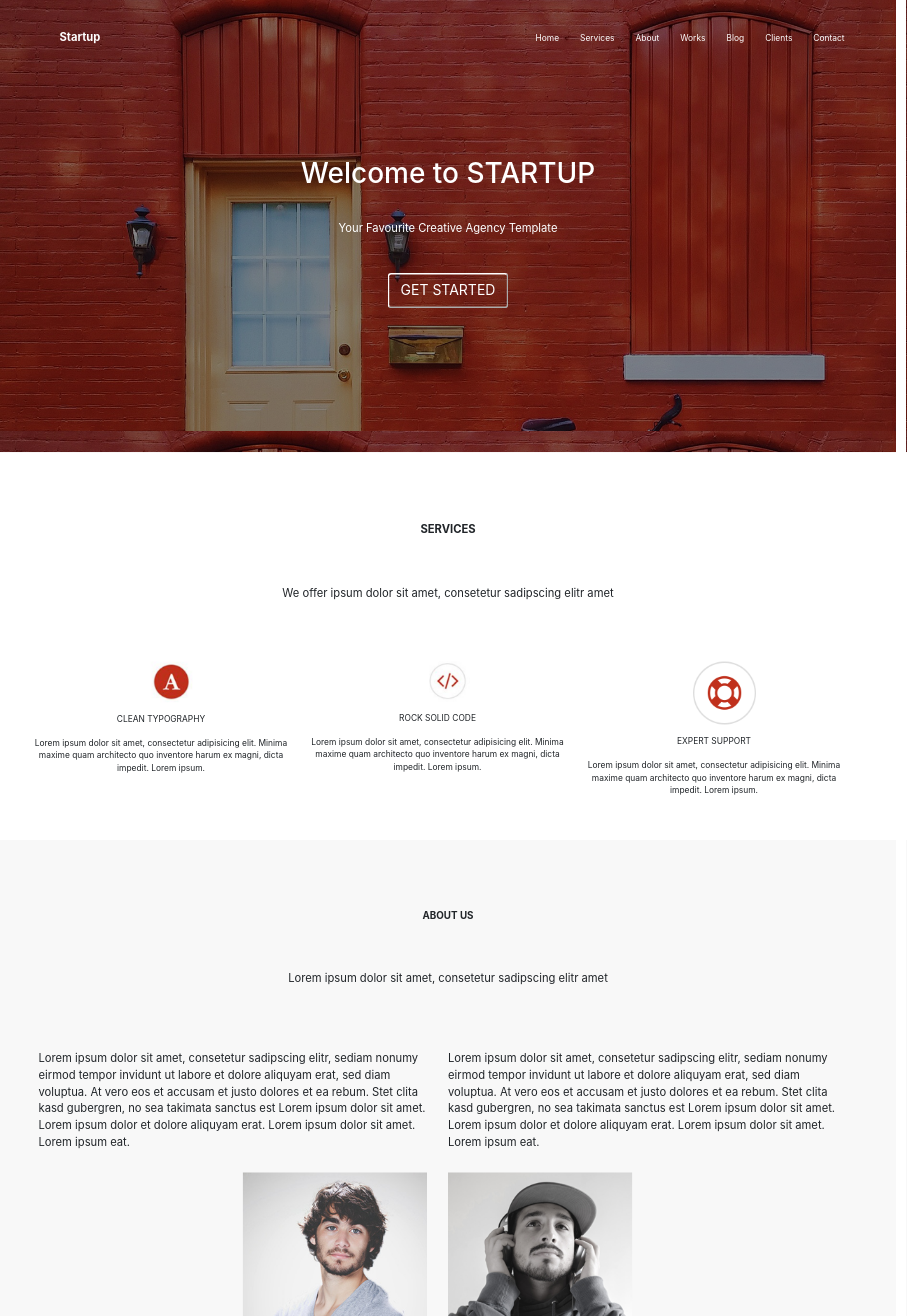
Repository: ivankovaa/HelloWorld
Page: lab5/index.html
The author's editor kept a record of every edit. The page is drawn from the files as they stood at one moment, then again after the next edit.
The browser window is 1280 px wide. The page is 1295 px wide, so the pictures cover 1295 px, including what lies to the right of the window. The pictures show the part of the page from y = 0 to 1880 px (the page is 3835 px tall), at 70% of full size.

Above is the page before.

### lab5/index.html
<!DOCTYPE html>
<html lang="uk">

<head>

  <meta charset="utf-8">

  <title>Start up</title>

  <link href="bootstrap.min.css" rel="stylesheet">
  <link href="https://fonts.googleapis.com/css?family=Montserrat:400,700&display=swap" rel="stylesheet">

  <link href="style.css" rel="stylesheet">

</head>
<body>
  <header class = "head">
    <div class = "container">
    <div class = "row">
        <div class = "col-lg-2">
            <p class = "startup">Startup</p>
        </div>
        <div class = "col-lg-6">
            <nav>
                <ul class = "menu d-flex justify-content-right">
                    <li class = "menu_item">
                        <a href = "">Home</a>
                    </li>
                    <li class = "menu_item">
                        <a href = "">Services</a>
                    </li>
                    <li class = "menu_item">
                        <a href = "">About</a>
                    </li>
                    <li class = "menu_item">
                        <a href = "">Works</a>
                    </li>
                    <li class = "menu_item">
                        <a href = "">Blog</a>
                    </li>
                    <li class = "menu_item">
                        <a href = "">Clients</a>
                    </li>
                    <li class = "menu_item">
                        <a href = "">Contact</a>
                    </li>
                </ul>

            </nav>
        </div>
    </div>
    <div class = "row">
        <div class = "col-lg-12">
            <h1 class = "welcome d-flex justify-content-center">Welcome to STARTUP</h1>
        </div>
    </div>
    <div class = "row">
        <div class = "col-lg-12">
            <p class = "favourite">Your Favourite Creative Agency Template</p>
        </div>
    </div>
    <div class = "row">
        <div class = "col-lg-12">
            <button type = "submit" id="tr-property" class = "start btn-default btn-lg d-block">GET STARTED</button>
        </div>
    </div>
    </div>
  </header>
  <section class = "services">
      <div class = "row">
        <div class = "col-lg-12">
            <h2 class = "service">SERVICES</h2>
        </div>
    </div>
    <div class = "row">
        <div class = "col-lg-12">
            <p class = "servicestext">We offer ipsum dolor sit amet, consetetur sadipscing elitr amet</p>
        </div>
    </div>
    <div class = "row">
        <div class = "col-lg-12">
            <ul class = "serv d-flex justify-content-center">
                    <li class = "services_item">
                        <img class="services_img" src="FAicon1.png" alt="icon"/>
                        <p class="name">CLEAN TYPOGRAPHY</p>
                        <p class ="aftername">Lorem ipsum dolor sit amet, consectetur adipisicing elit. Minima maxime quam architecto quo inventore harum ex magni, dicta impedit. Lorem ipsum.</p>
                    </li>
                    <li class = "services_item">
                        <img  class="services_img" src="FAicon2.png" alt="icon"/>
                        <p class="name">ROCK SOLID CODE</p>
                        <p class ="aftername">Lorem ipsum dolor sit amet, consectetur adipisicing elit. Minima maxime quam architecto quo inventore harum ex magni, dicta impedit. Lorem ipsum.</p>
                    </li>
                    <li class = "services_item">
                        <img class="services_img" src="img/FAicon3.png" alt="icon"/>
                        <p class="name">EXPERT SUPPORT</p>
                        <p class ="aftername">Lorem ipsum dolor sit amet, consectetur adipisicing elit. Minima maxime quam architecto quo inventore harum ex magni, dicta impedit. Lorem ipsum.</p>
                    </li>
                    </ul>
        </div>
    </div>
  </section>
  <section class = "about_us">
      <div class = "row">
        <div class = "col-lg-12">
            <h3 class = "aboutus">ABOUT US</h3>
        </div>
    </div>
    <div class = "row">
        <div class = "col-lg-12">
            <p class = "aboutus_text">Lorem ipsum dolor sit amet, consetetur sadipscing elitr amet</p>
        </div>
    </div>
    <div class = "row">
        <div class = "col-lg-12">
            <ul class = "about d-flex justify-content-center">
                    <li class = "aboutus_item">
                        <p>Lorem ipsum dolor sit amet, consetetur sadipscing elitr, sediam nonumy eirmod tempor invidunt ut labore et dolore aliquyam erat, sed diam voluptua. At vero eos et accusam et justo dolores et ea rebum. Stet clita kasd gubergren, no sea takimata sanctus est Lorem ipsum dolor sit amet. Lorem ipsum dolor et dolore aliquyam erat. Lorem ipsum dolor sit amet. Lorem ipsum eat.</p>
                    </li>
                    <li class = "aboutus_item">
                        <p>Lorem ipsum dolor sit amet, consetetur sadipscing elitr, sediam nonumy eirmod tempor invidunt ut labore et dolore aliquyam erat, sed diam voluptua. At vero eos et accusam et justo dolores et ea rebum. Stet clita kasd gubergren, no sea takimata sanctus est Lorem ipsum dolor sit amet. Lorem ipsum dolor et dolore aliquyam erat. Lorem ipsum dolor sit amet. Lorem ipsum eat.</p>
                    </li>
                    </ul>
        </div>
    </div>
    <div class = "row">
        <div class = "col-lg-12">
            <ul class = "team d-flex justify-content-center">
                    <li class = "team_item">
                        <img class="team_img" alt="Team" src="img/TeamPic3.png"/>
                        <p class="name">Shamim Mia</p>
                        <p>Sr.Web Developer</p>
                    </li>
                    <li class = "team_item">
                        <img class="team_img" alt="Team" src="img/TeamPic4.png"/>
                        <p class="name">John Doe</p>
                        <p>Front-end Developer</p>
                    </li>
                    </ul>
        </div>
    </div>
  </section>
  <section class = "works">
      <div class = "row">
        <div class = "col-lg-12">
            <h4 class = "work">Latest Works</h4>
        </div>
    </div>
    <div class = "row">
        <div class = "col-lg-12">
            <ul class = "latest d-flex justify-content-center">
                    <li class = "work_item">
                        <a href = "">All</a>
                    </li>
                    <li class = "work_item">
                        <a href = "">Branding</a>
                    </li>
                    <li class = "work_item">
                        <a href = "">Design</a>
                    </li>
                    <li class = "work_item">
                        <a href = "">Development</a>
                    </li>
                    <li class = "work_item">
                        <a href = "">Strategy</a>
                    </li>
                    </ul>
        </div>
    </div>
    <div class = "row">
        <div class = "col-lg-12">
            <div class = "pictures"></div>
            <ul class = "latestworks1 d-flex justify-content-center">
                    <li>
                        <img class = "work_img" alt="work" src = "img/work1.png"/>
                    </li>
                    <li>
                        <img class = "work_img" alt="work" src = "img/work2.png"/>
                    </li>
                    <li>
                        <img class = "work_img" alt="work" src = "img/work3.png"/>
                    </li>
            </ul>
            <ul class = "latestworks2 d-flex justify-content-center">
                    <li class = "work_img">
                        <img alt="work" src = "img/work4.png"/>
                    </li>
                    <li class = "work_img">
                        <img alt="work" src = "img/work5.png"/>
                    </li>
                    <li class = "work_img">
                        <img alt="work" src = "img/work6.png"/>
                    </li>
            </ul>
            <ul class = "latestworks3 d-flex justify-content-center">
                    <li class = "work_img">
                        <img alt="work" src = "img/work7.png"/>
                    </li>
                    <li class = "work_img">
                        <img alt="work" src = "img/work8.png"/>
                    </li>
                    <li class = "work_img">
                        <img alt="work" src = "img/work9.png"/>
                    </li>
            </ul>
        </div>
    </div>
  </section>
  <footer class = "like">
        <div class = "row">
         <div class = "col-lg-12">
            <p class = "do">Do you like OUR WORK so far?</p>
            <p class = "lets">Let's talk about YOUR PROJECT!</p>
            <button type = "submit" class = "touch btn-default btn-lg d-block">GET IN TOUCH</button>
        </div>
    </div>
  </footer>
</body>
</html>

### lab5/style.css
ul, li {
    display: inline-block;
    padding: 0;
    margin: 0;
}

h2, h3, h4 {
    font-size: 14px;
    text-transform: uppercase;
    text-align: center;
    padding-top: 100px;
    font-weight: bold;
}

.h1 {
    text-align: center;
    text-transform: uppercase;
    font-size: 40px;
}

.head {
    background-image: url('img/HomeBackground.png');
    background-size: 100%;
    max-height: 100%;
    color: white;
}

.service {
    background-color: white;
}

.about_us{
    background-color: #f8f8f8;
}

.menu {
    padding-top: 40px;
    margin-left: 490px;
    margin-bottom: 160px;
}

.menu_item a {
    color: white;
}

.startup {
    padding-top: 40px;
    font-weight: bold;
}

.menu_item {
    margin-right: 30px;
}

.menu_item a {
    font-size: 12px;
}

.favourite {
    margin-top: 34px;
    text-align: center;
    font-size: 16px;
}

.start {
    margin-top: 36px;
    margin-left: auto;
    margin-right: auto;
    margin-bottom: 206px;
    background: transparent;
    color: white;
    border-color: white;
}

.start btn {
    max-height: 150px;
    max-width: 100px;
    text-align: center;
    font-size: 16px;
}

.service {
    padding-top: 100px;
    text-transform: uppercase;
    text-align: center;
    font-size: 16px;
}

.servicestext {
    margin-top: 62px;
    text-align: center;
    font-size: 16px;
}

.rock {
    margin-top: 190px;
    margin-left: 504px;
    text-transform: uppercase;
}

.services_item {
    text-align: center;
    align-items: center;
    display: inline-block;
}

.services_img {
    padding-top: 70px;
}

.servicestext {
    font-size: 16px;
}
.services_item a {
    text-transform: uppercase;
    font-size: 12px;
}

.services_item name {
    margin-top: 30px;
}

.services_item p {
    font-size: 12px;
    margin-right: 30px;
    max-height: 63px;
    max-width: 365px;
}

.aftername {
    padding-bottom: 100px;
}

.aboutus_text {
    text-align: center;
    font-size: 16px;
    padding-top: 60px;
}

.aboutus_item {
    margin-right: 30px;
    max-height: 100px;
    max-width: 555px;
    padding-top: 74px;
}

.name {
    text-transform: uppercase;
    font-size: 12px;
    margin-top: 15px;
}

.team_item {
    padding-top: 75px;
    padding-bottom: 100px;
}

.team_item p {
    font-size: 12px;
    margin-top: 10px;
}

.team_img {
    margin-top: 75px;
    max-height: 270px;
    max-width: 270px;
    margin-right: 30px;
}

.work {
    padding-top: 100px;
}

.work_item {
    font-size: 12px;
    margin-right: 30px;
    margin-top: 60px;
}

.latestworks1 {
    margin-top: 70px;
}

.latestworks3 {
    padding-bottom: 100px;
}

.work_img {
    max-width: 365px;
    max-height: 365px;
    display: inline-block;
    margin-right: 30px;
    margin-bottom: 30px;
}

.do {
    text-align: center;
    font-size: 30px;
    padding-top: 70px;
    margin-bottom: 0;
    color: white;
}

.lets {
    text-align: center;
    font-size: 30px;
    color: white;
}

.touch {
    margin-top: 24px;
    margin-left: auto;
    margin-right: auto;
    margin-bottom: 75px;
    background: transparent;
    color: white;
    border-color: white;
}

.touch btn {
    max-height: 150px;
    max-width: 100px;
    text-align: center;
    font-size: 16px;
}

.like {
    background-image: url('img/lets-talk.png');
    background-size: 100%;
}

Loaded but not shown: lab5/bootstrap.min.css (library)

After the next edit:
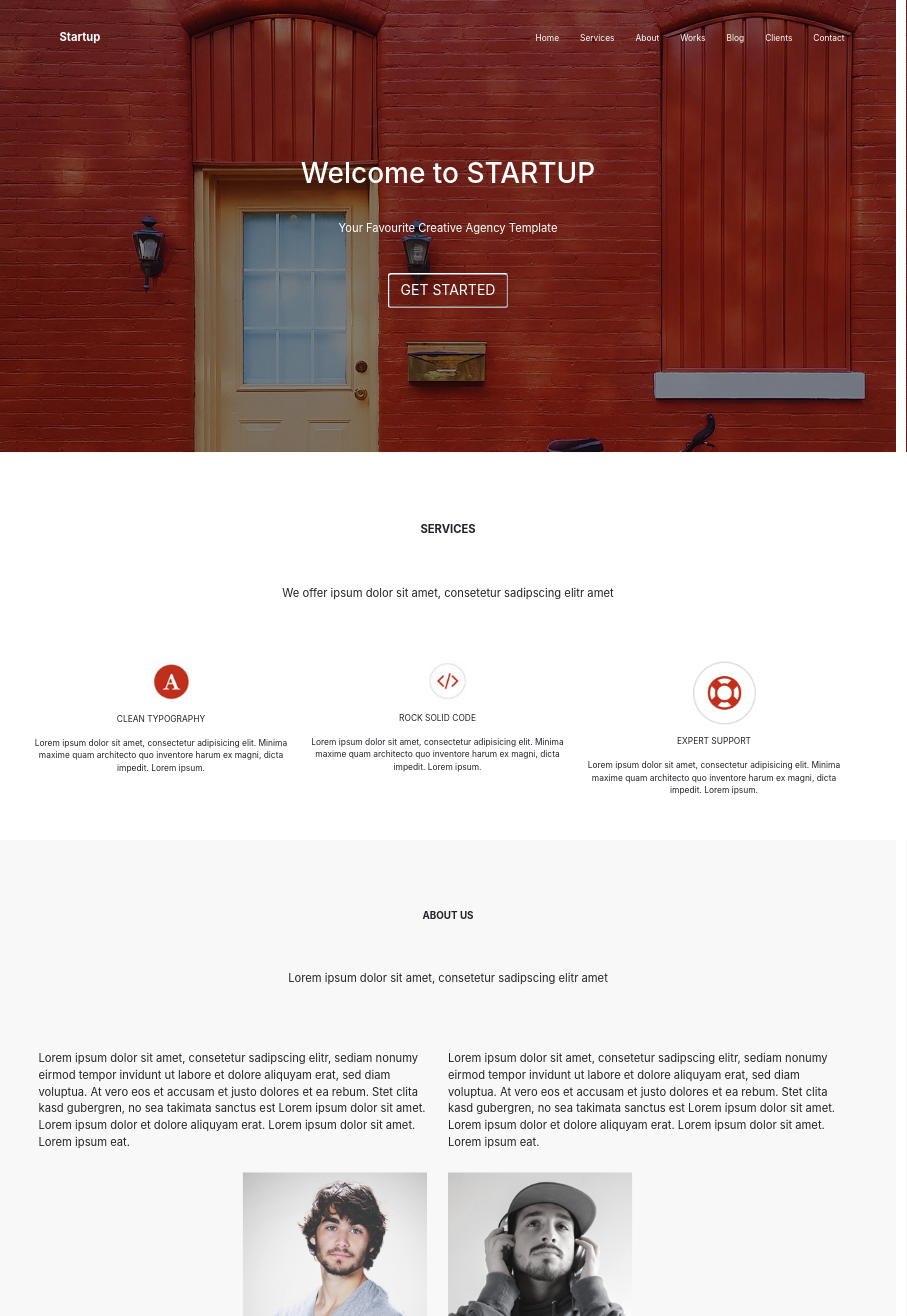
The edit:
--- a/lab5/style.css
+++ b/lab5/style.css
@@ -20,7 +20,7 @@
 
 .head {
     background-image: url('img/HomeBackground.png');
-    background-size: 100%;
+    background-size: cover;
     max-height: 100%;
     color: white;
 }
